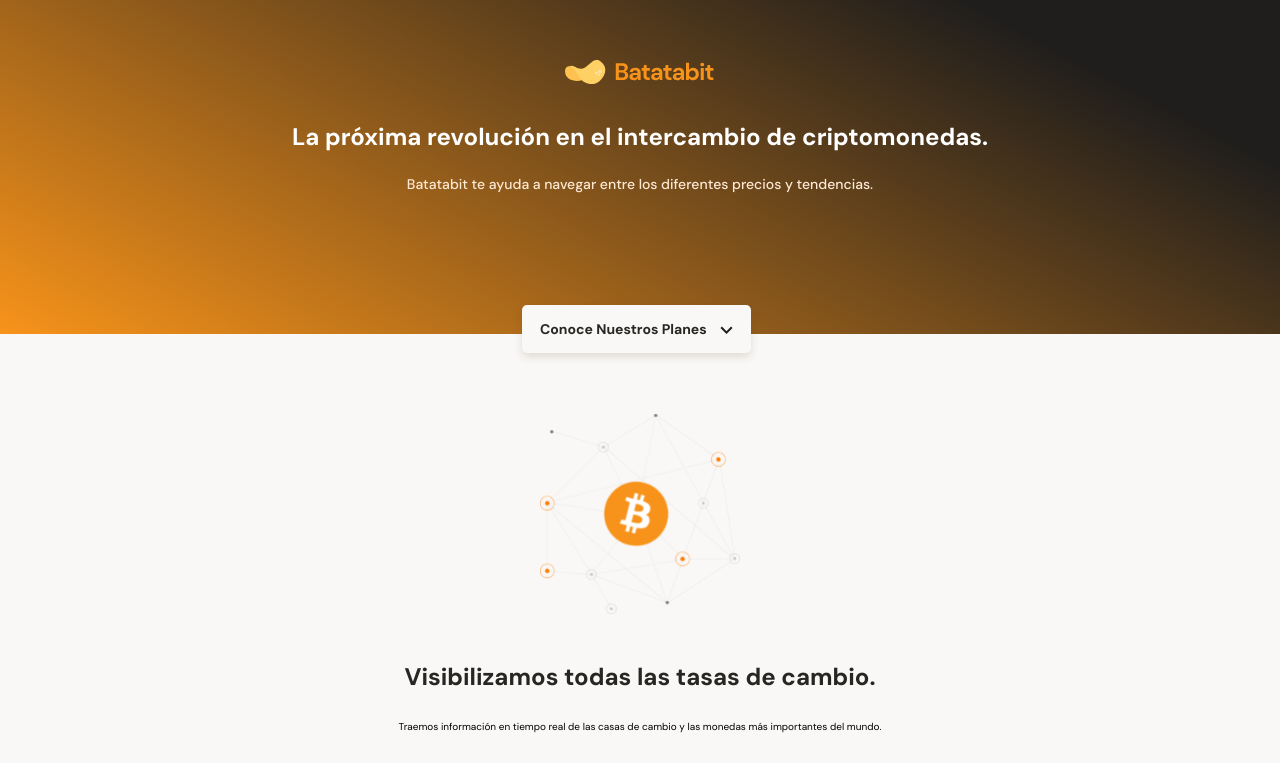
Repository: ChristianGecchelin/spa-full-css-html
Page: index.html
An editor plug-in stored every save of this project. The page is shown before and after the next save, followed by the edit.
The browser window is 1280 px wide. The pictures show the whole page.

Above is the page before, as saved 2021-11-25 14:53:16.

After the next save:
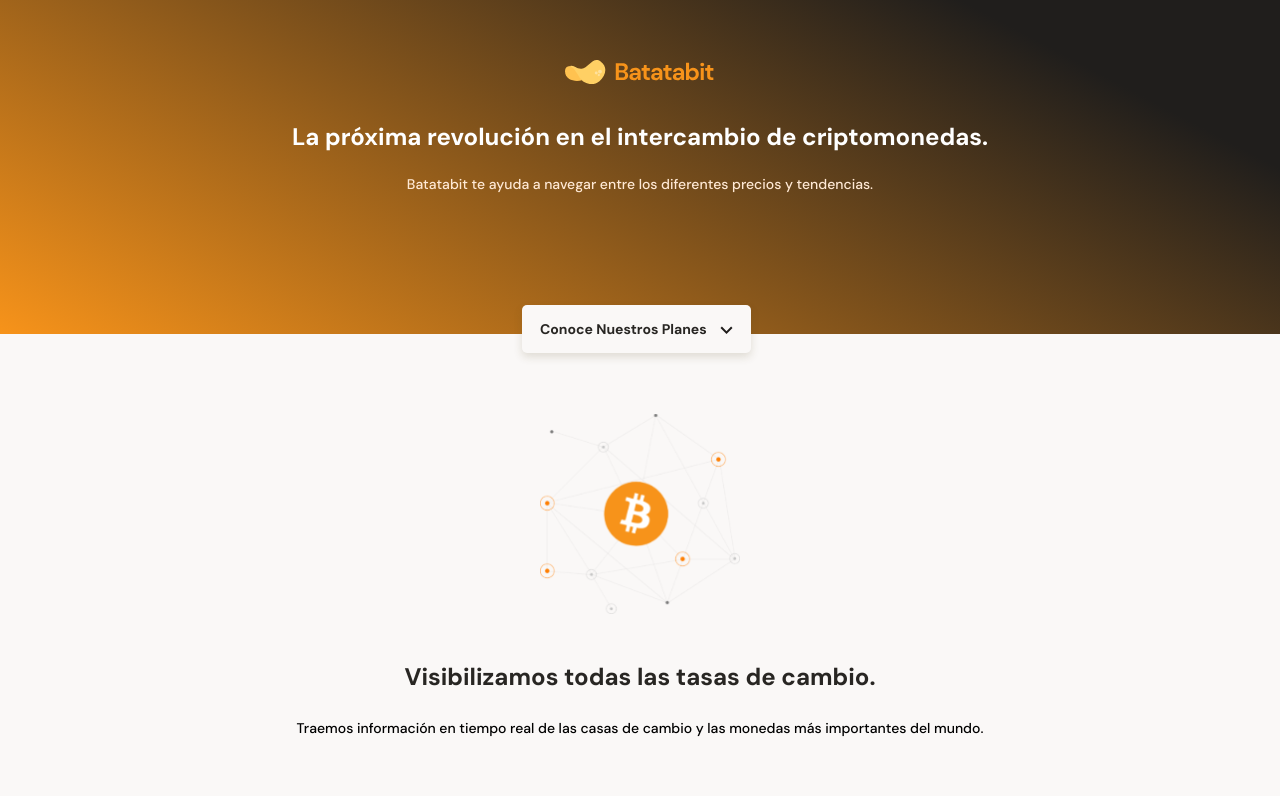
Saved 40 s later.
--- a/styles/styles.css
+++ b/styles/styles.css
@@ -135,3 +135,9 @@
   line-height: 2.6rem;
   color: var(--black);
 }
+.main-exchange-container p {
+  margin-bottom: 30px;
+  font-size: 1.4rem;
+  font-weight: 500;
+  line-height: 1.6rem;
+}
